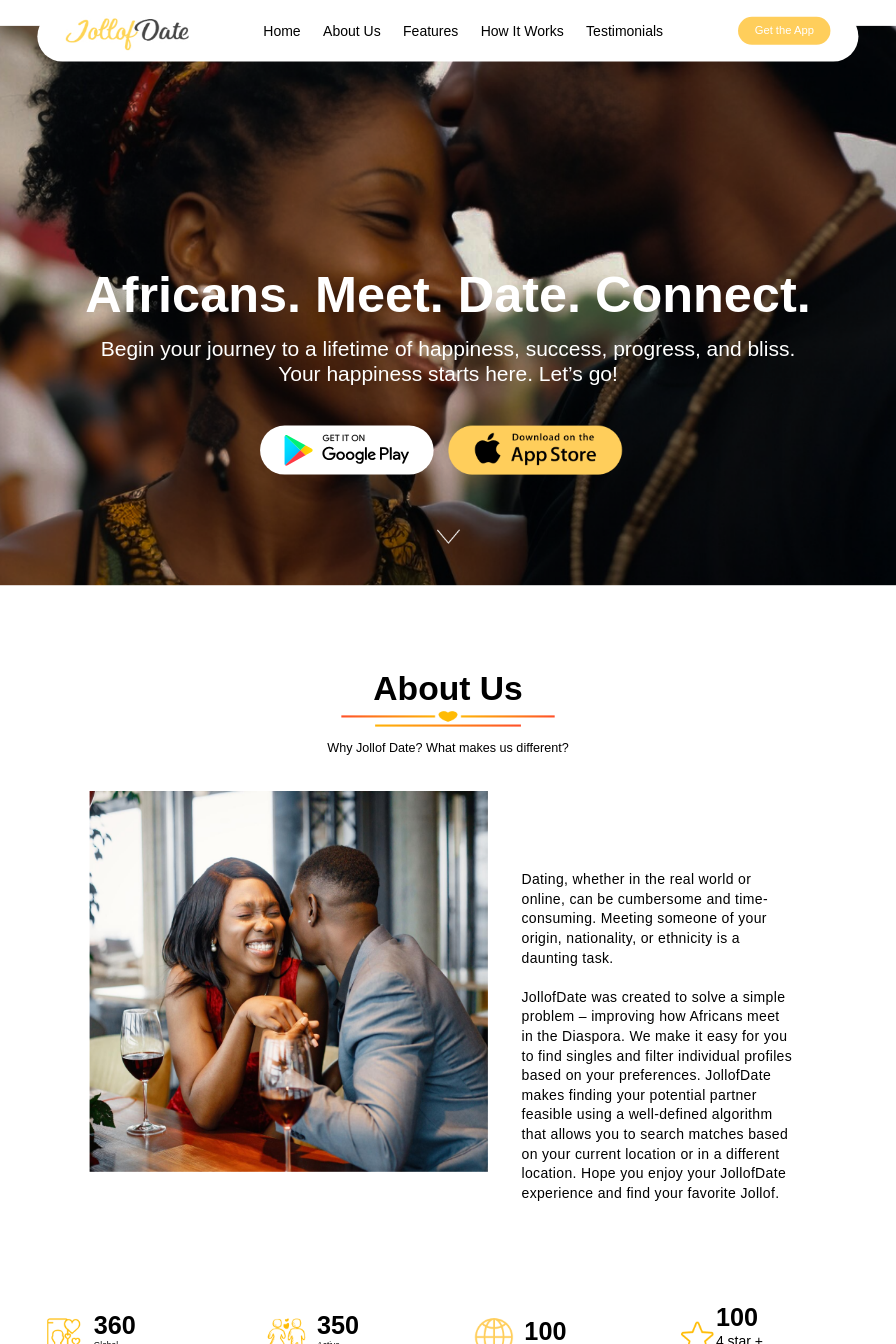
Repository: FarhanNasiru/jollofdate-frontend
Page: /
These files come from the project's save history. The page is drawn as it stood at one moment and after the next save; the edit follows.
The browser window is 1280 px wide. The pictures show the part of the page from y = 0 to 1920 px (the page is 7252 px tall before and 6868 px after), at 70% of full size.
Some web fonts or font styles are not loaded; a fallback is used. The project was rebuilt for these pictures with package versions that can differ from the ones it lists, and the page was loaded fresh each time. Also part of the build but not shown: vite.config.js, src/Pages/Footer2.jsx, src/components/Header2.jsx, src/Pages/privacy.jsx, src/Pages/Term.jsx.

Above is the page before, as saved 2024-08-20 16:40:59.

After the next save:
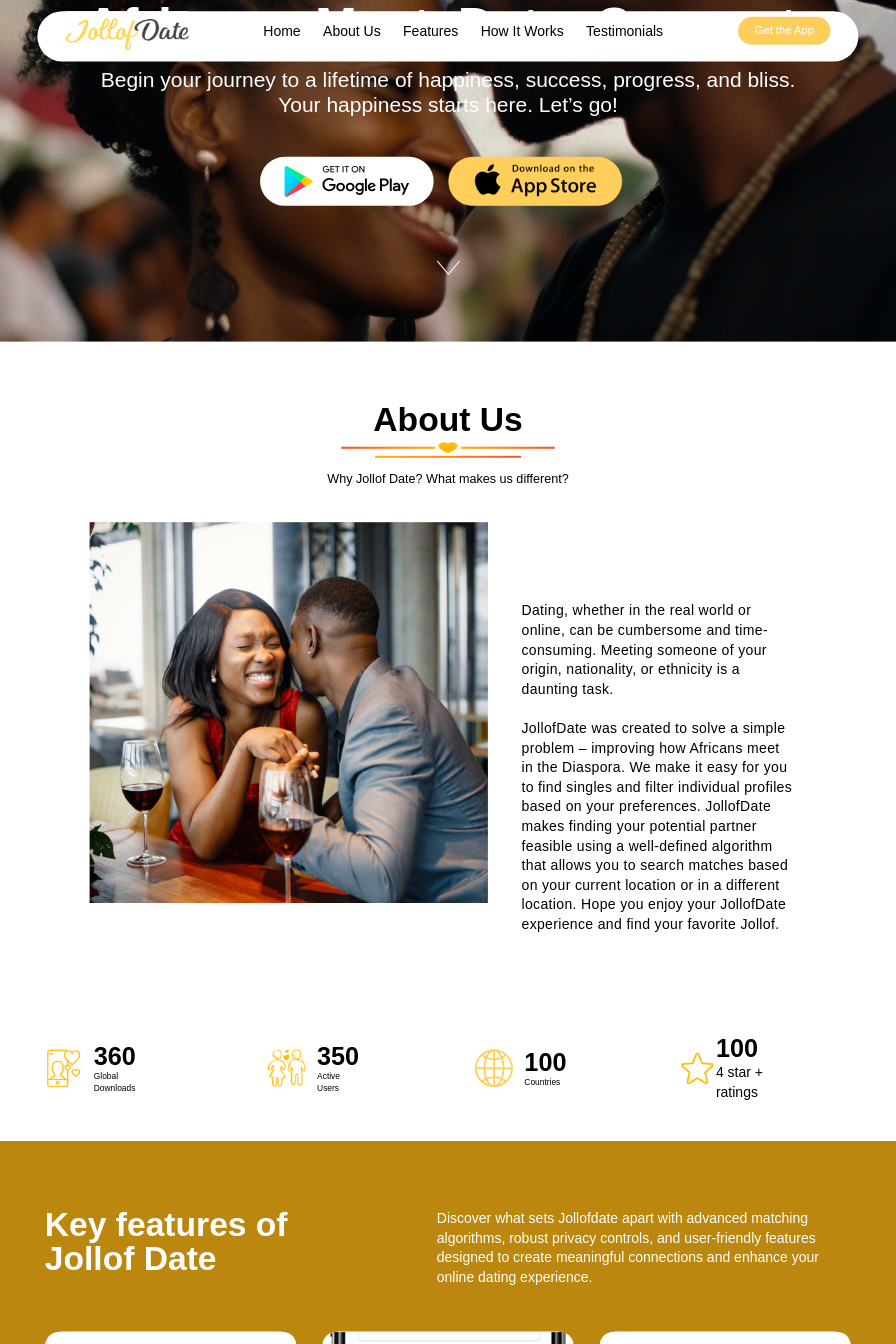
Saved 40 s later.
--- a/src/Pages/Home.jsx
+++ b/src/Pages/Home.jsx
@@ -14,7 +14,7 @@
       <Header />
       <section
         id="home"
-        className="pl-8 pr-8 justify-center bg-center bg-no-repeat items-center w-full lg:pt-96 lg:pb-9 bg-[url('/Images/Home-bg.png')] "
+        className="pl-8 pr-8 justify-center bg-center bg-no-repeat items-center w-full lg: lg:pb-9 bg-[url('/Images/Home-bg.png')] "
       >
         <h1 className="  text-wrap text-white text-7xl md:text-7xl  font-medium md:font-semibold text-center pb-6 h-auto">
           Africans. Meet. Date. Connect.{" "}
